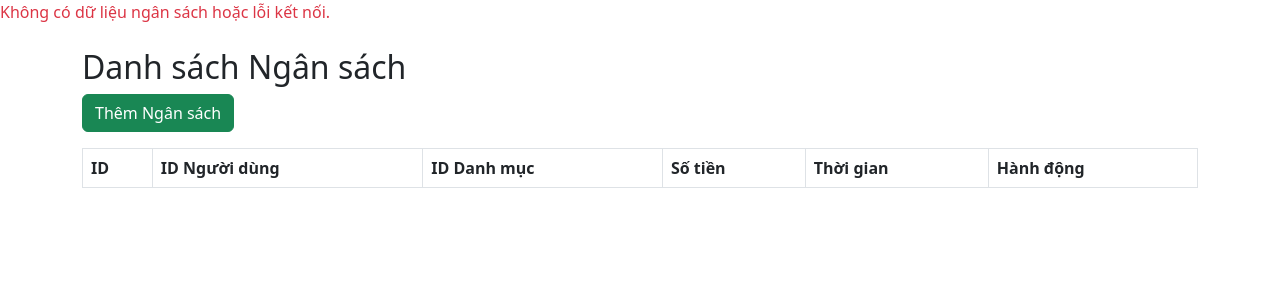
Repository: PhanVanHoa051204/Project3
Page: http://localhost/Project3/budgets
The author's editor kept a copy of each file at every save. The page is drawn from the files as they stood at one save, then again after the next save.
The browser window is 1280 px wide. The pictures show the whole page.
The page is served by Tomcat 9. Queries for data that is not in the repository find no rows.

Above is the page before, as saved 2025-03-14 09:33:36.

After the next save:
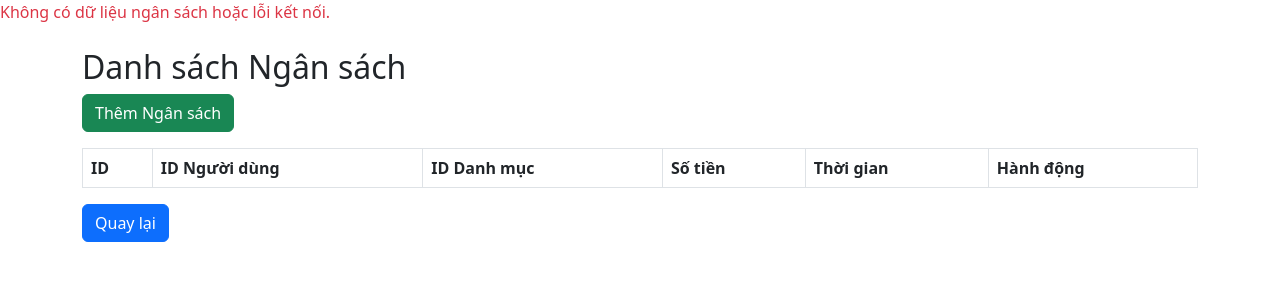
Saved 49 s later.
--- a/PhanVanHoa_2210900023_K22CNT1/Project3/src/main/webapp/NganSach/budgets.jsp
+++ b/PhanVanHoa_2210900023_K22CNT1/Project3/src/main/webapp/NganSach/budgets.jsp
@@ -42,6 +42,7 @@
                 </tr>
             <% } %>
         </table>
+        <a href="${pageContext.request.contextPath}/dashboard.jsp" class="btn btn-primary">Quay lại</a>
     </div>
 </body>
 </html>
